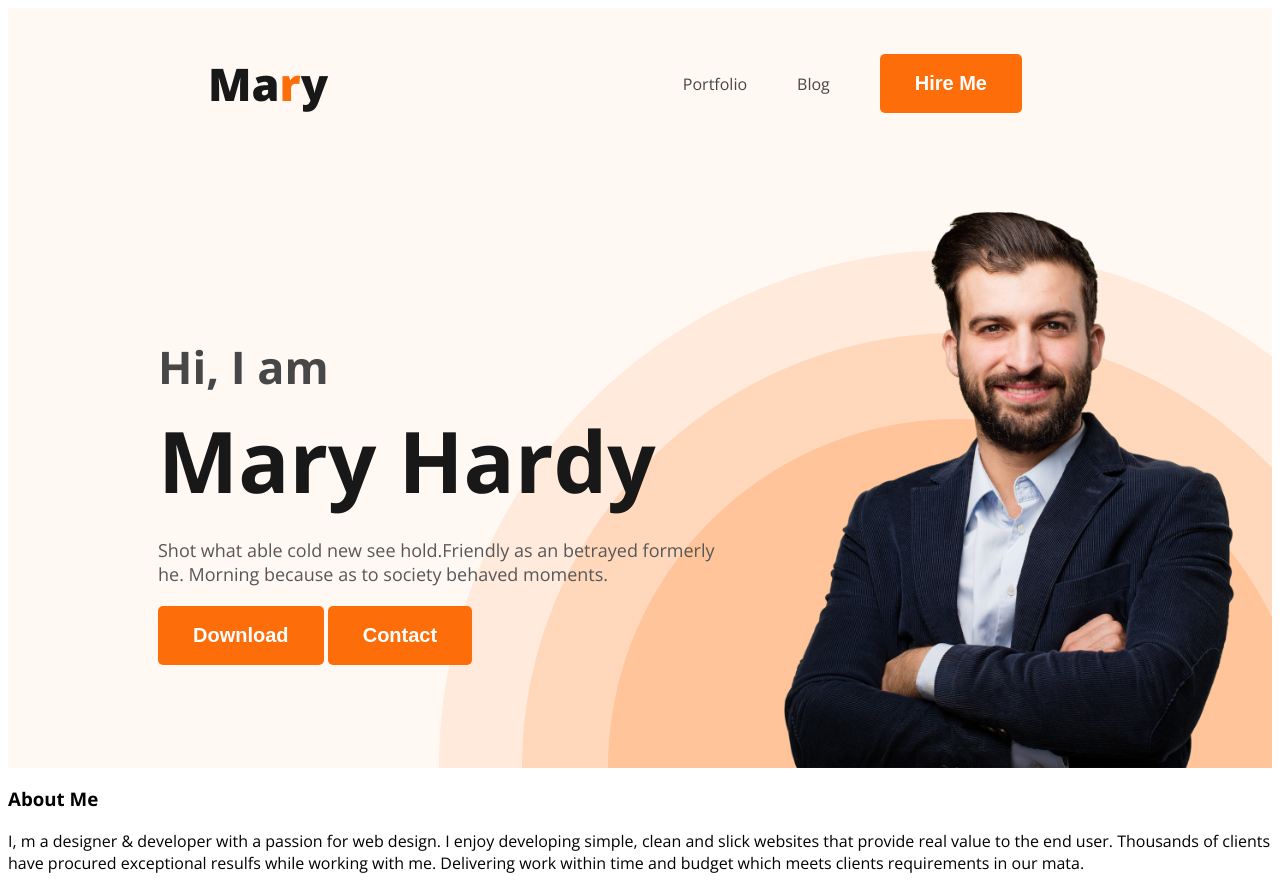
Repository: ShouravAhammed/Simple-Portfolio-Webpage
Page: index.html
An editor plug-in stored every save of this project. The page is shown before and after the next save, followed by the edit.
The browser window is 1280 px wide. The pictures show the whole page.

Above is the page before, as saved 2024-01-06 01:12:17.

After the next save:
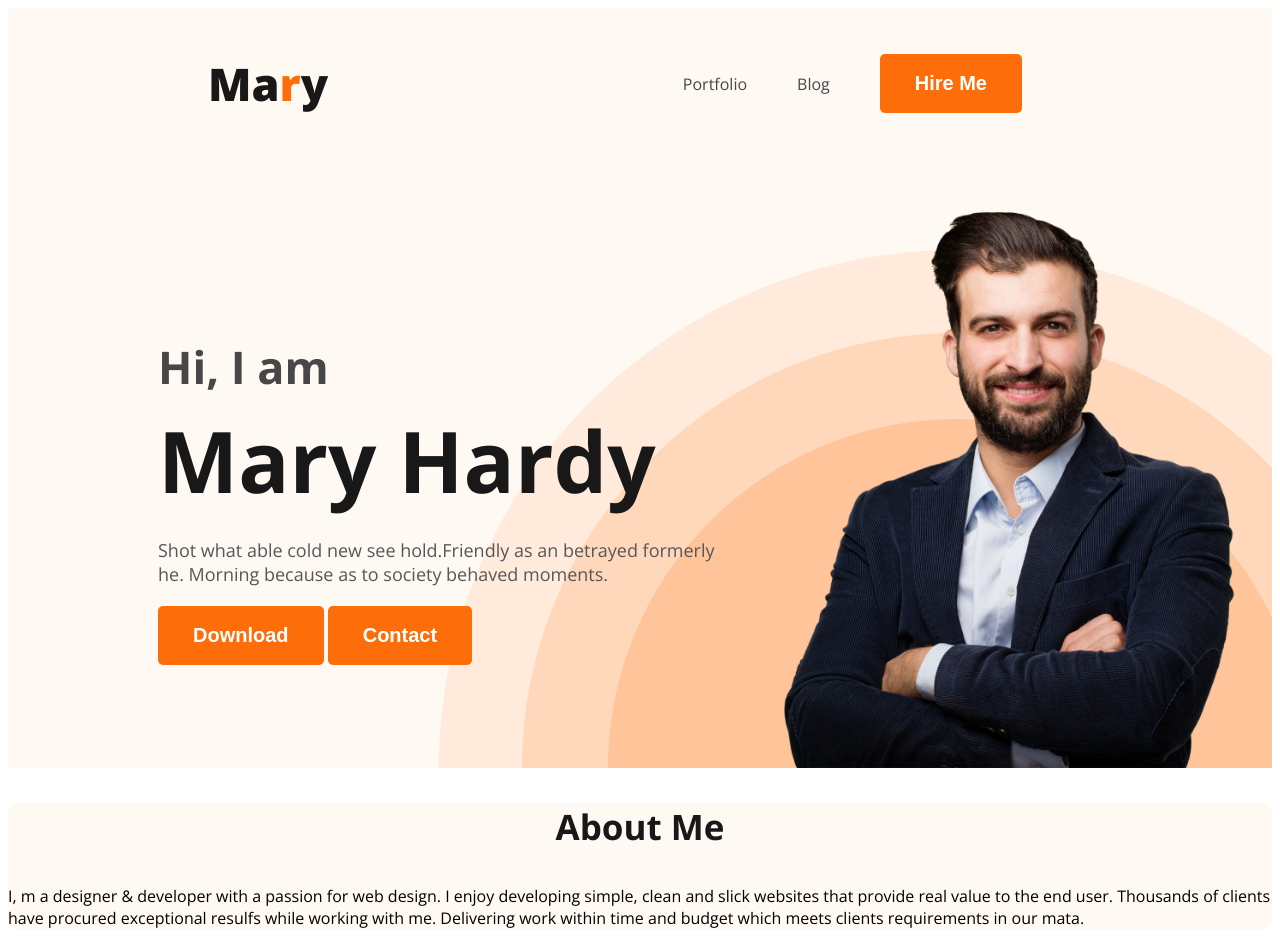
Saved 2 min 36 s later.
--- a/index.css
+++ b/index.css
@@ -85,3 +85,16 @@ nav a{
     font-weight: 400;
     margin-bottom: 20px;
 }
+/* main part style */
+
+/* about part style */
+.about{
+    border-radius: 10px;
+    background: #FFF8F3;
+}
+.section-title{
+    color: #181818;
+    text-align: center;
+    font-size: 35px;
+    font-weight: 700;
+}
